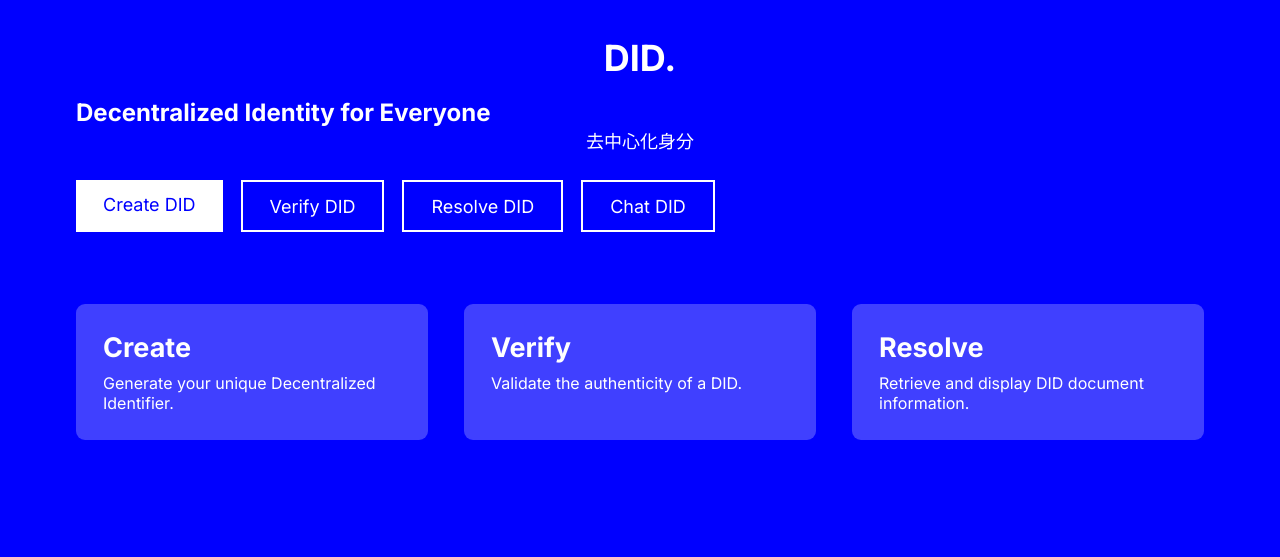
Repository: a7351220/ethr_did_demo
Page: /
These files come from the project's save history. The page is drawn as it stood at one moment and after the next save; the edit follows.
The browser window is 1280 px wide. The pictures show the whole page.
The project was rebuilt for these pictures with package versions that can differ from the ones it lists, and the page was loaded fresh each time. The framework's server and built-in components were replaced by stand-ins that run in the browser. Also part of the build but not shown: next.config.mjs.

Above is the page before, as saved 2024-07-09 17:44:21.

After the next save:
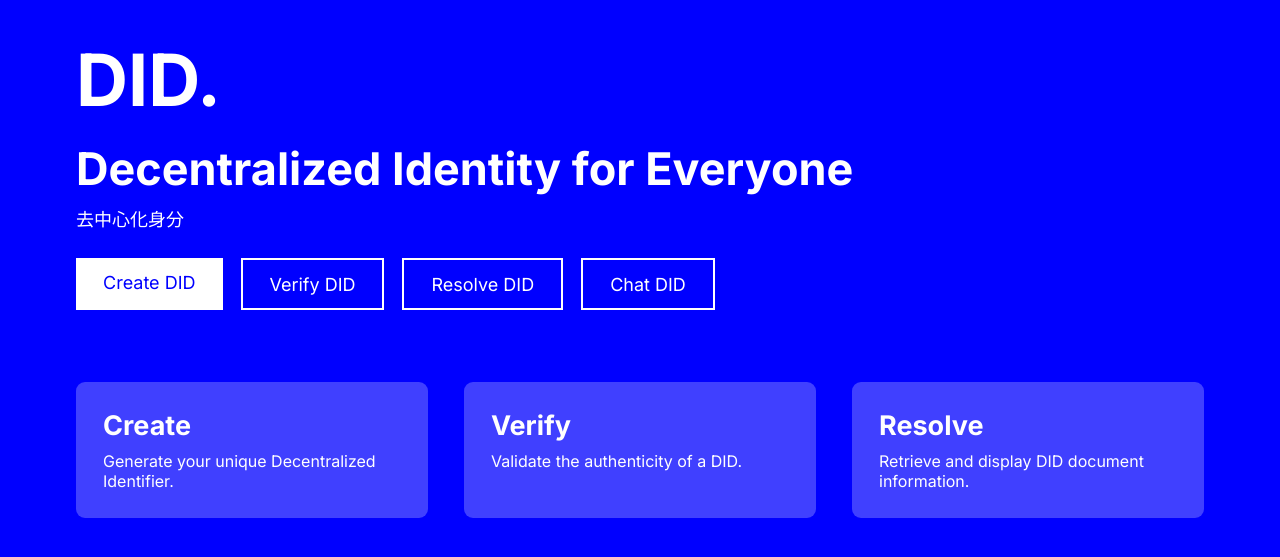
Saved 11 min 50 s later.
--- a/src/app/globals.css
+++ b/src/app/globals.css
@@ -32,16 +32,24 @@ a {
   padding: 2rem;
 }
 
+.hero {
+  text-align: center;
+  margin-bottom: 4rem;
+}
+
 .title {
-  font-size: 2rem;
+  font-size: 4rem;
   margin-bottom: 1rem;
-  text-align: center;
+}
+
+.subtitle {
+  font-size: 2.5rem;
+  margin-bottom: 0.5rem;
 }
 
 .description {
   font-size: 1rem;
   margin-bottom: 1.5rem;
-  text-align: center;
 }
 
 .cta-buttons {
@@ -67,11 +75,6 @@ a {
   background-color: transparent;
   border: 2px solid var(--text-color);
   color: var(--text-color);
-}
-
-.cta-button.small {
-  padding: 0.25rem 0.75rem;
-  font-size: 0.8rem;
 }
 
 .features {
@@ -97,7 +100,6 @@ a {
   display: flex;
   flex-direction: column;
   margin-bottom: 1rem;
-  align-items: center;
 }
 
 .input {
@@ -108,13 +110,6 @@ a {
   background-color: transparent;
   color: var(--text-color);
   margin-bottom: 1rem;
-  width: 100%;
-  max-width: 500px;
-}
-
-.input.large {
-  font-size: 1.5rem;
-  padding: 1rem;
 }
 
 .result {
